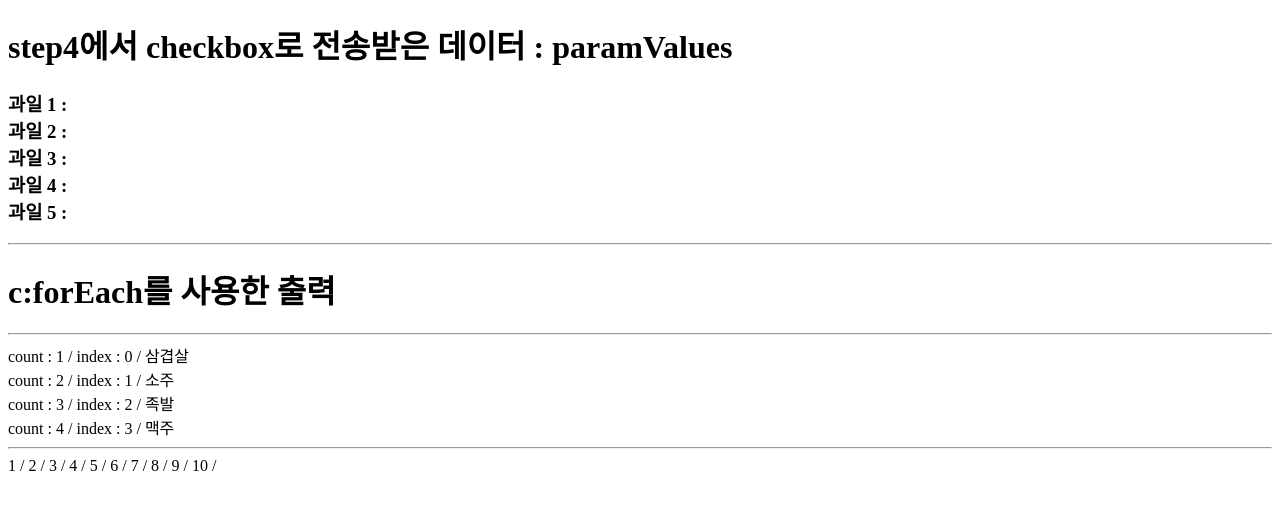
Repository: HaeunOh/study
Page: http://localhost/jstl_study/step-5.jsp
These files come from the project's save history. The page is drawn as it stood at one moment and after the next save; the edit follows.
The browser window is 1280 px wide. The pictures show the whole page.
The page is served by Tomcat 9.

Above is the page before, as saved 2024-04-11 04:05:31.

After the next save:
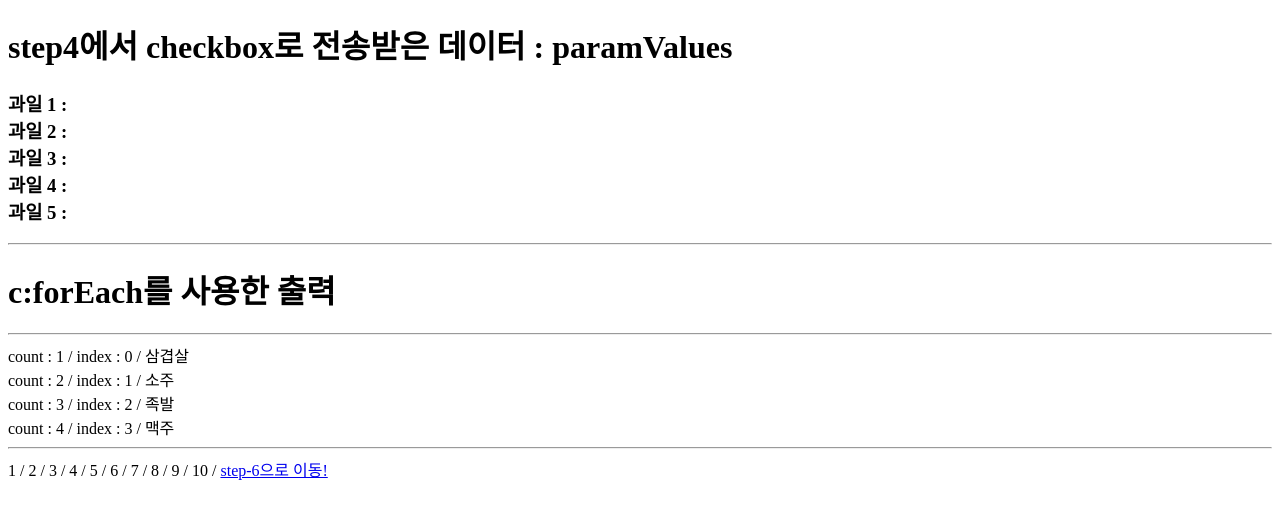
Saved 72 s later.
--- a/_jstl_workspace/jstl_study/src/main/webapp/step-5.jsp
+++ b/_jstl_workspace/jstl_study/src/main/webapp/step-5.jsp
@@ -45,5 +45,7 @@
 		${i } /
 	</c:forEach>
 
+	<a href="step-6.jsp"> step-6으로 이동!</a>
+
 </body>
 </html>
